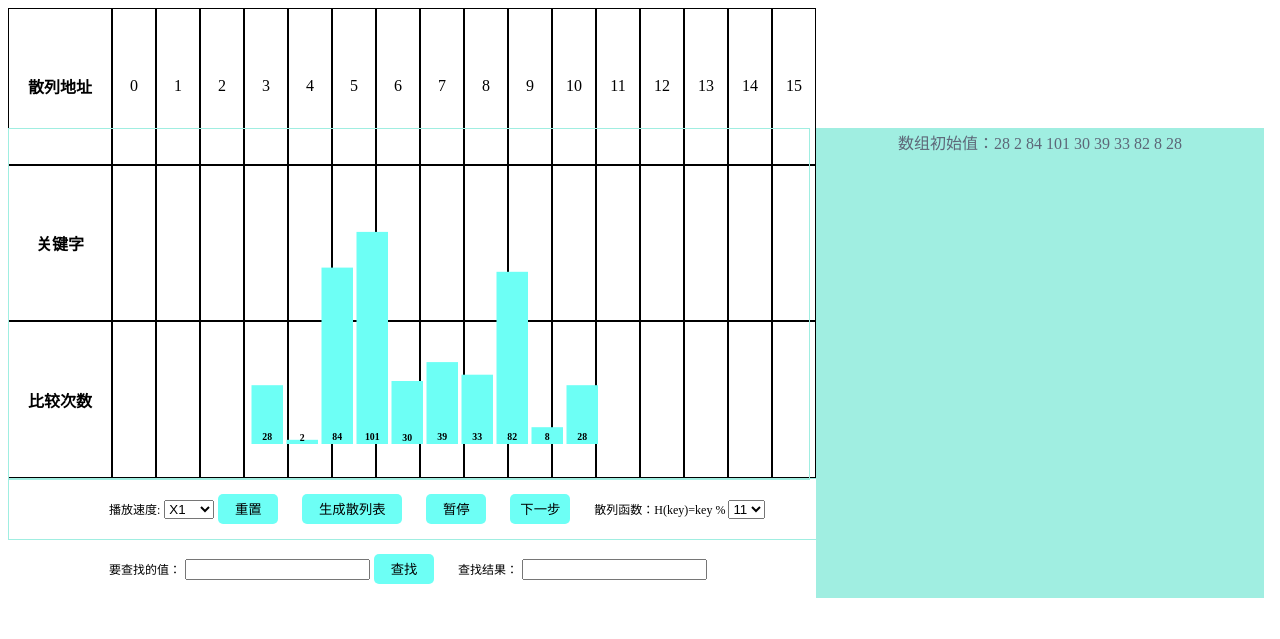
Repository: aaa615/Visualization-of-data-structure-algorithms
Page: dataStructure/WebContent/animation/search/hashSearch/hashSearch.html
These files come from the project's save history. The page is drawn as it stood at one moment and after the next save; the edit follows.
The browser window is 1280 px wide. The pictures show the whole page.

Above is the page before, as saved 2021-05-20 04:19:28.

### dataStructure/WebContent/animation/search/hashSearch/hashSearch.html
<!DOCTYPE html>
<html lang="en">
<head>
    <meta charset="UTF-8">
    <title>散列表查找</title>
    <link rel="stylesheet" type="text/css" href="../../../css/Player.css" charset="utf-8">
    <link rel="stylesheet" type="text/css" href="hashSearch.css" charset="utf-8">

    <script type="text/javascript" src="hashSearch.js"></script>
</head>
<body>
<div id="canvas_div">
    <table id="hash_table" cellspacing="0">
        <tr align="center" valign="center">
            <th width="100px" style="border: black solid 1px">散列地址</th>
            <td>0</td>
            <td>1</td>
            <td>2</td>
            <td>3</td>
            <td>4</td>
            <td>5</td>
            <td>6</td>
            <td>7</td>
            <td>8</td>
            <td>9</td>
            <td>10</td>
            <td>11</td>
            <td>12</td>
            <td>13</td>
            <td>14</td>
            <td>15</td>
        </tr>
        <tr align="center" valign="center">
            <th width="100px" style="border: black solid 1px">关键字</th>
            <td></td>
            <td></td>
            <td></td>
            <td></td>
            <td></td>
            <td></td>
            <td></td>
            <td></td>
            <td></td>
            <td></td>
            <td></td>
            <td></td>
            <td></td>
            <td></td>
            <td></td>
            <td></td>
        </tr>
        <tr align="center" valign="center">
            <th width="100px" style="border: black solid 1px">比较次数</th>
            <td></td>
            <td></td>
            <td></td>
            <td></td>
            <td></td>
            <td></td>
            <td></td>
            <td></td>
            <td></td>
            <td></td>
            <td></td>
            <td></td>
            <td></td>
            <td></td>
            <td></td>
            <td></td>
        </tr>
    </table>
    <svg id="canvas_svg" xmlns="http://www.w3.org/2000/svg" viewBox="0 0 500 500" onload="createRect()"></svg>
    <div class="express_window" id="express_window_id"></div>
</div>
<div id="player_div">
    <label>播放速度:</label>
    <select id="playSpeed_id" class="playSpeed_class" onclick="getPlaySpeed()">
        <option value="2">X2</option>
        <option value="1.5">X1.5</option>
        <option value="1" selected>X1</option>
        <option value="0.5">X0.5</option>
    </select>
    <input type="button" value="重置" class="player_input" onclick="reset()">
    <input type="button" value="生成散列表" class="player_input" style="width: 100px" onclick="createHashTable()">
    <input type="button" value="暂停" class="player_input" onclick="pause()">
    <input type="button" value="下一步" class="player_input" onclick="nextStep()">
    <label>散列函数：H(key)=key % </label>
    <select id="hash_function" class="playSpeed_class" onclick="getM()">
        <option value="3">3</option>
        <option value="11" selected>11</option>
        <option value="13">13</option>
    </select>
    <br/>

    <label>要查找的值：</label>
    <input type="text" id="search_num" class="player_text">
    <input type="button" value="查找" class="player_input" onclick="search()">
    <label>查找结果：</label>
    <input type="text" id="Search_result" class="player_text" readonly="true">

</div>

</body>
</html>

### dataStructure/WebContent/css/Player.css
@charset "UTF-8";
#canvas_div{
    position: relative;
    display: flex;
    display:-webkit-flex;
    justify-content: left;
}

#canvas_svg{
    width: 800px;
    height: 450px;
    border: 1px solid rgba(160,238,225,1);
    font: bold 14px "Microsoft YaHei UI";
    text-align: center;
    text-anchor: middle;
}

.express_window{
	position:relative;
    width: calc(100% - 800px - 1rem);
    height: 450px;
    overflow: auto;
    background-color: rgba(160,238,225,1);
    text-align: center;
}

.algoTitle{
	height:50px;
	font: 24px "Microsoft YaHei UI";
	line-height:50px
}

#express_window_id{
	font: 16px "Microsoft YaHei UI";
    color: #5d6778;
    line-height: 32px;
}

#player_div{
    width: calc(100% - 100px - 1rem);
    height: 60px;
    border: 1px solid rgba(160,238,225,1);
    padding-left: 100px;
    text-align: left;
    line-height: 60px;
}

.player_input{
    width: 60px;
    height: 30px;
    color: black;
    margin-right: 20px;
    border-color: cornsilk;
    background-color: rgba(109,255,245);
    color: black;
    border-style: hidden;
    border-radius: 5px;
}

#player_div label {
    font: 12px "Microsoft YaHei UI";
}

### dataStructure/WebContent/animation/search/hashSearch/hashSearch.css
@charset "UTF-8";
.hash_table{
    display: inline-block;
    height: 100px;
}

td{
    height: 30px;
    width: 40px;
    border: black solid 1px;
}

#canvas_svg{
    position: absolute;
    top: 120px;
    width: 800px;
    height: 350px;
}

.express_window{
    top: 120px;
    width: calc(100% - 800px - 1rem);
    height: 470px;
}

### dataStructure/WebContent/animation/search/hashSearch/hashSearch.js
/**
 *
 */
//舞台的高
var maxH=450;
//矩形的宽
var w = 45;
//矩形间隔
var space = 5;
//g标签的初始x坐标
var gX = 25;
//播放速度
var playSpeed=1200;
//矩形数值
var rectArray=[];
//记录每一轮数组细节
var arrStr="";
//计时器
var timer=[];
//
var currentStep=0;
//前一个矩形
var previousRect=-1;
//
var m=11;


//全局变量，获取g和rect标签
var txt=document.getElementsByClassName("player_text");
var oRect=document.getElementsByClassName("g_rect");
//获取playSpeed
function getPlaySpeed(){
    var oSelect=document.getElementsByClassName("playSpeed_class");
    playSpeed=1200*(1/oSelect[0].value);
    console.log(playSpeed);
}

function getM(){
    var oSelect=document.getElementsByClassName("playSpeed_class");
    m=oSelect[1].value;
    console.log(m);
}

//分步生成散列表
function nextStep(){
    if(previousRect!=-1){
        oRect[previousRect].setAttribute("style","fill:#6dfff5");
    }

    if(currentStep<10){
        oRect[currentStep].setAttribute("style","fill:greenyellow");
        previousRect=currentStep;

        let hash_tr=document.getElementById("hash_table").getElementsByTagName("tr");

        let index=rectArray[currentStep]%m;

        //记录查找细节
        var expressionField=document.getElementById("express_window_id");
        arrStr+="\n"+rectArray[currentStep]+" % "+m+" = "+index;


        console.log(index);

        // console.log("inner:"+hash_tr[1].getElementsByTagName("td")[index].innerText);
        //查找次数
        let count=1;
        if(hash_tr[1].getElementsByTagName("td")[index].innerText==""){
            hash_tr[1].getElementsByTagName("td")[index].innerText=rectArray[currentStep];
            hash_tr[2].getElementsByTagName("td")[index].innerText=count;
        }else{
            let i=index;
            while(hash_tr[1].getElementsByTagName("td")[i].innerText!=""){
                i=(i+1)%16;
                arrStr+="地址冲突，加一："+i+";";
                count++;
            }
            // console.log("i"+i);
            hash_tr[1].getElementsByTagName("td")[i].innerText=rectArray[currentStep];
            hash_tr[2].getElementsByTagName("td")[i].innerText=count;
        }
        expressionField.innerText=arrStr;
        currentStep++;
        return false;
    }else{
        return true;
    }

}

//生成散列表
function createHashTable(){
    timer[0]=setInterval(function () {
        if(nextStep()){
            clearInterval(timer[0]);
        }
    },playSpeed*2);
}

//随机生成有序的rect
function createRect() {
    var svgDoc=document.getElementById("canvas_svg");
    //获取流程描述窗口
    var expressionField=document.getElementById("express_window_id");
    arrStr="数组初始值：";

    //随机生成10个矩形的高（1~100）
    for (var i = 0; i < 10; ++i) {
        rectArray[i] = Math.ceil(Math.random() * 100) + 1;
        var h=rectArray[i]*3;
        //生成g标签
        var og=document.createElementNS("http://www.w3.org/2000/svg", "g");
        og.setAttribute("transform", "translate(" + gX + "," + (maxH - h) + ")");
        og.setAttribute("height", h + "px");
        og.setAttribute("class","svg_g");

        svgDoc.appendChild(og);

        //生成矩形
        var orect = document.createElementNS("http://www.w3.org/2000/svg", "rect");
        orect.setAttribute("width", w + "px");
        orect.setAttribute("height", h + "px");
        orect.setAttribute("fill", "#6dfff5");
        orect.setAttribute("class", "g_rect");
        og.appendChild(orect);

        //生成text
        var oTxt = document.createElementNS("http://www.w3.org/2000/svg", "text");
        oTxt.setAttribute("width", w + "px");
        oTxt.setAttribute("x", (w / 2) + "px");
        oTxt.setAttribute("y", h + "px");
        oTxt.setAttribute("dy", "-5px");
        oTxt.setAttribute("fill", "black");
        oTxt.textContent = h/3 + "";
        og.appendChild(oTxt);

        //下一个矩形的初始位置
        gX += w + space;

        arrStr+=h/3+" ";
    }
    expressionField.innerText=arrStr;
}


//查找
function search() {
    let search_num=parseInt(document.getElementById("search_num").value);
    let hash_tr=document.getElementById("hash_table").getElementsByTagName("tr");

    let address=search_num%m;

    console.log(parseInt(hash_tr[1].getElementsByTagName("td")[address].innerText));

    if(parseInt(hash_tr[1].getElementsByTagName("td")[address].innerText)==search_num){
        document.getElementById("Search_result").value="查找成功！";
        return true;
    }else{
        let i=(address+1)%16;
        while(i!=address){
            if(parseInt(hash_tr[1].getElementsByTagName("td")[address].innerText)==search_num){
                document.getElementById("Search_result").value="查找成功！";
                return true;
            }else{
                i=(i+1)%16;
            }
        }
    }
    document.getElementById("Search_result").value="查找失败！";
    return false;

}

//自动播放
function autoPlay() {
    timer[0]=setInterval(function () {
        nextStep();
    },playSpeed*2);
}

//暂停
function pause() {
    clearInterval(timer[0]);
    clearTimeout(timer[1]);
}

//重置
function reset() {
    pause();

    //删除矩形
    for(var i=0;i<rectArray.length;++i){
        removerRect();
    }
    //初始化相关变量
    for(var i=0;i<rectArray.length;++i){
        rectArray[i]=0;
    }
    gX=25;
    frontFrom=-1;
    txt[0].value="";
    txt[1].value="";
    count=1;
    //重新加载
    load();
}

//删除矩形
function removerRect(){
    var svgDoc=document.getElementById("canvas_svg");
    var og=svgDoc.firstChild;
    svgDoc.removeChild(og);
}

After the next save:
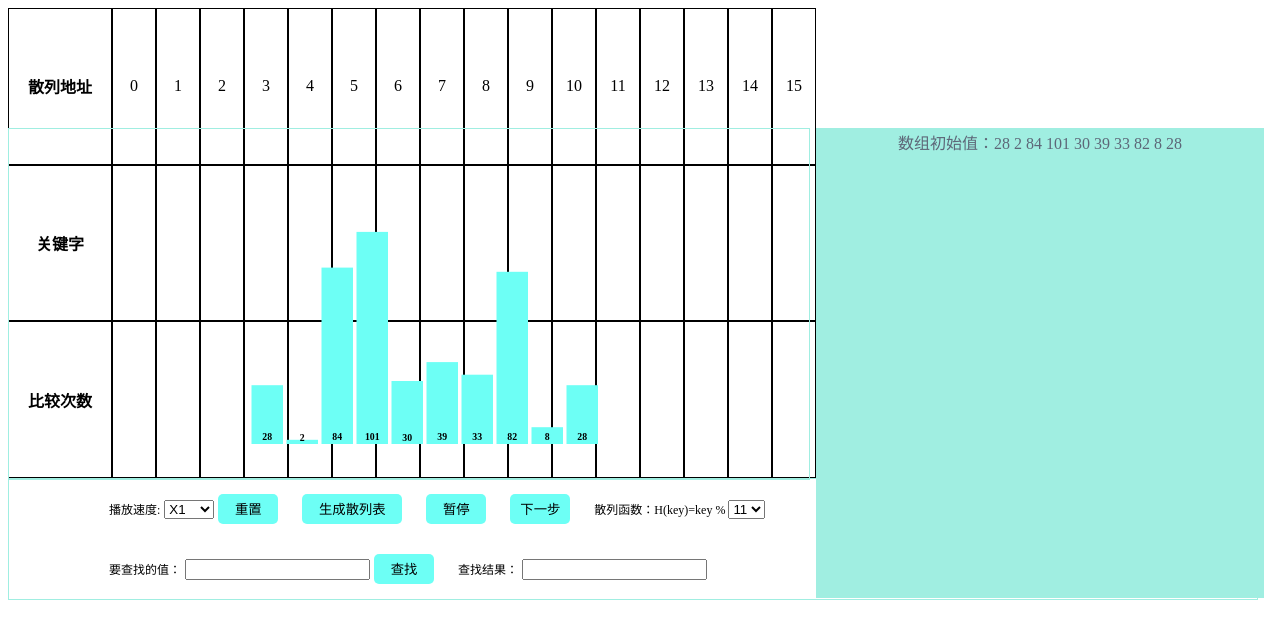
Saved 107 s later.
--- a/dataStructure/WebContent/animation/search/hashSearch/hashSearch.css
+++ b/dataStructure/WebContent/animation/search/hashSearch/hashSearch.css
@@ -22,3 +22,7 @@ td{
     width: calc(100% - 800px - 1rem);
     height: 470px;
 }
+
+#player_div{
+    height: 120px;
+}
